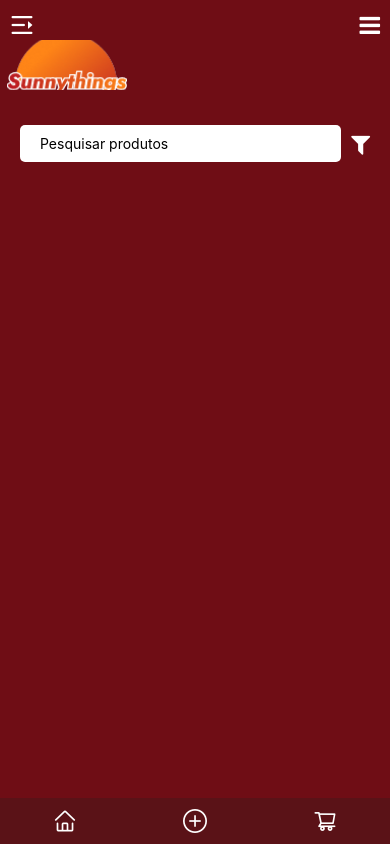
Repository: Luizzzin/SuperMercado
Screen: / (app in suny/)
An editor plug-in stored every save of this project. The screen is shown before and after the next save, followed by the edit.
The app was drawn by React Native's web renderer in a window 390 px wide. The project was rebuilt for these pictures with package versions that can differ from the ones it lists, and the page was loaded fresh each time.

Above is the screen before, as saved 2024-05-09 19:51:15.

After the next save:
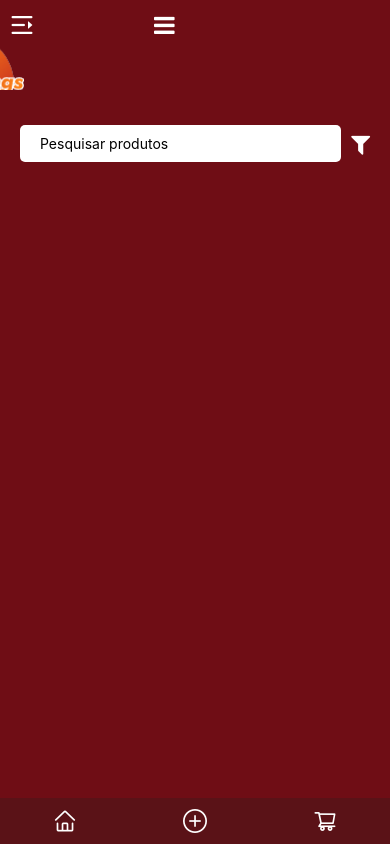
Saved 32 s later.
--- a/suny/HomeScreen.js
+++ b/suny/HomeScreen.js
@@ -60,7 +60,6 @@
   },
   header: {
     flexDirection: 'row',
-    justifyContent: 'space-between',
     alignItems: 'center',
     paddingHorizontal: 10,
     paddingTop: -20,

After the save that followed:
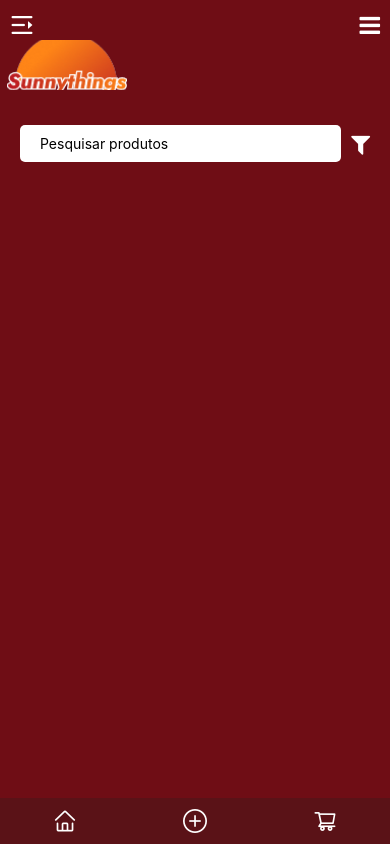
Saved 8 s later.
--- a/suny/HomeScreen.js
+++ b/suny/HomeScreen.js
@@ -60,6 +60,7 @@
   },
   header: {
     flexDirection: 'row',
+    justifyContent: 'space-between',
     alignItems: 'center',
     paddingHorizontal: 10,
     paddingTop: -20,
